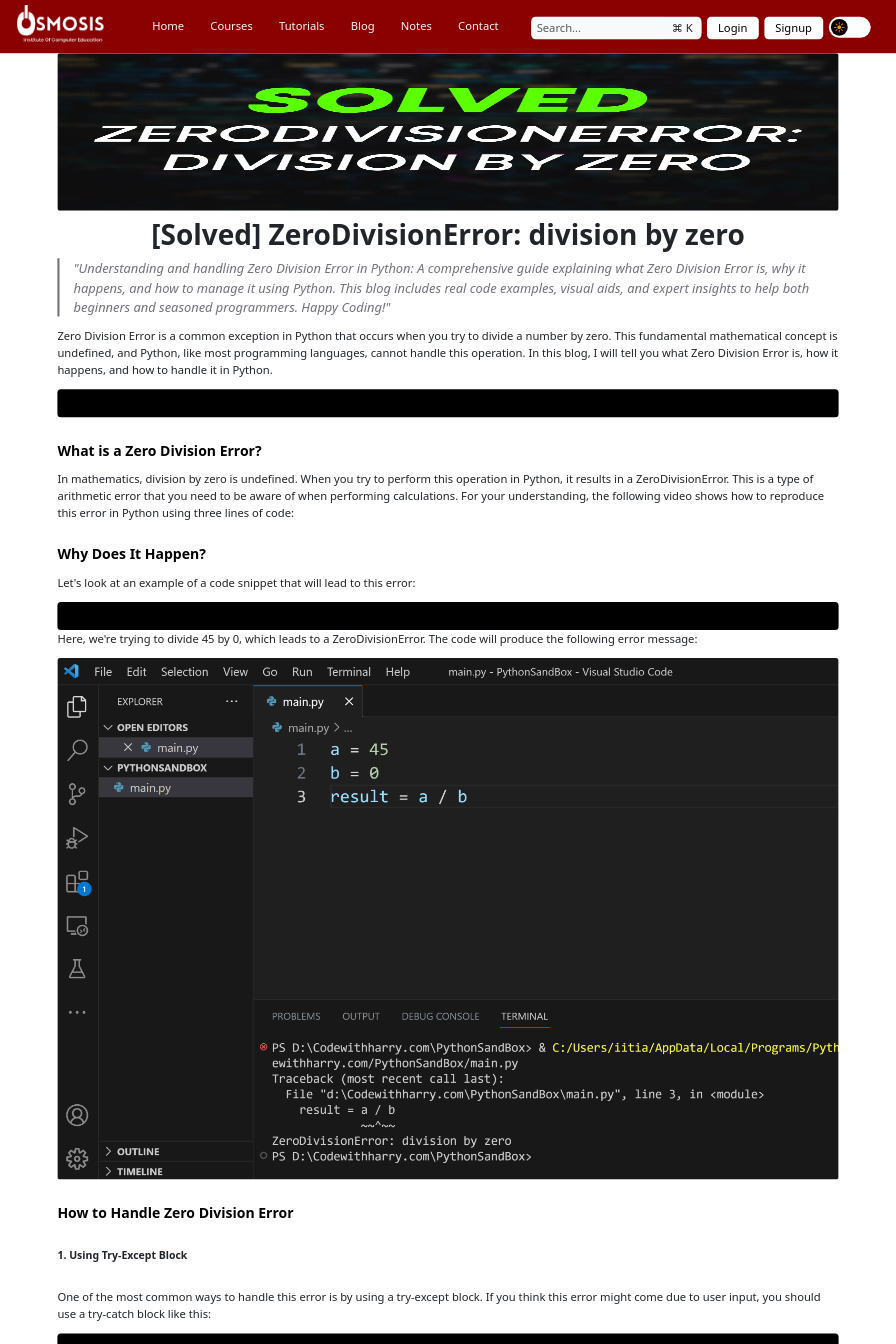
Repository: samriidhpandey/osmosis
Page: /Blog/Zerodivi
An editor plug-in stored every save of this project. The page is shown before and after the next save, followed by the edit.
The browser window is 1280 px wide. The pictures show the part of the page from y = 0 to 1920 px (the page is 3956 px tall before and 4004 px after), at 70% of full size.
The project was rebuilt for these pictures with package versions that can differ from the ones it lists, and the page was loaded fresh each time. Also part of the build but not shown: vite.config.js, src/Section2.jsx, src/Section3.jsx, src/Section4.jsx, src/InfiniteReviewScroll.jsx, src/Section5.jsx, src/TypingText.jsx, src/AnimatedName.jsx and 103 more. Imported but missing from the stored project, and not drawn on this page: src/Images/final-app-on-mobile.mp4, src/Images/final-app-on-pc.mp4, src/Images/open-terminals.mp4, src/Images/python-location.mp4.

Above is the page before, as saved 2025-07-21 15:55:23.

### index.html
<!doctype html>
<html lang="en">
  <head>
    <meta charset="UTF-8" />
    <link rel="icon" type="image/png" href="./src/image/fe1.png" />
    <meta name="viewport" content="width=device-width, initial-scale=1.0" />
    <title>Osmosis Computer</title>
    <link href="https://cdn.jsdelivr.net/npm/bootstrap@5.0.2/dist/css/bootstrap.min.css" rel="stylesheet" integrity="sha384-EVSTQN3/azprG1Anm3QDgpJLIm9Nao0Yz1ztcQTwFspd3yD65VohhpuuCOmLASjC" crossorigin="anonymous">
    <link rel="stylesheet" href="https://cdnjs.cloudflare.com/ajax/libs/font-awesome/6.7.2/css/all.min.css" integrity="sha512-Evv84Mr4kqVGRNSgIGL/F/aIDqQb7xQ2vcrdIwxfjThSH8CSR7PBEakCr51Ck+w+/U6swU2Im1vVX0SVk9ABhg==" crossorigin="anonymous" referrerpolicy="no-referrer" />
    <link href="https://cdn.jsdelivr.net/npm/bootstrap@5.3.0/dist/css/bootstrap.min.css" rel="stylesheet" />
<link href="https://cdn.jsdelivr.net/npm/bootstrap-icons/font/bootstrap-icons.css" rel="stylesheet" />

  </head>
  <body>
    <div id="root"></div>
    <script type="module" src="/src/main.jsx"></script>
    <script src="https://cdn.jsdelivr.net/npm/bootstrap@5.0.2/dist/js/bootstrap.bundle.min.js" integrity="sha384-MrcW6ZMFYlzcLA8Nl+NtUVF0sA7MsXsP1UyJoMp4YLEuNSfAP+JcXn/tWtIaxVXM" crossorigin="anonymous"></script>
  </body>
</html>

### src/Footer.jsx
import React from 'react'
import get from './image/github.svg'
import get1 from './image/X.svg'
import get2 from './image/youtube.svg'
import { Link } from 'react-router-dom'
import get3 from './image/facebook.svg'


function Footer({isDark}) {
  const footer = {
    backgroundColor: isDark ? '#111827':'darkred',
    color: isDark ? 'white':'white',
  };
  return (
    <>
    <div className="container-fluid">
      <div className="row border-top" style={footer}>
        <div className="col-12 col-sm-12 col-md-12 col-lg-12 col-xl-11 col-xxl-10 m-auto ">
          <div className="row">
            <div className="col-6 col-sm-6 col-md-3 col-lg-3 col-xl-3 col-xxl-3 mt-5 ps-4 fot-menu">
              <h5>Main</h5>
              <Link to="/" className='text-white'><p>Home</p></Link>{""}
              <Link to="/Contact" className='text-white'><p>Contact</p></Link>{""}
              <Link to="/Blog" className='text-white'><p>Blogs</p></Link>{""}
              <Link to="/Login" className='text-white'><p>Login</p></Link>{""}
            </div>

            <div className="col-6 col-sm-6 col-md-3 col-lg-3 col-xl-3 col-xxl-3 mt-5">
              <h5>Learn</h5>
              <Link to="/Courses" className='text-white'><p>Course</p></Link>{""}
              <Link to="/Tutorial" className='text-white'><p>Tutorials</p></Link>{""}
              <Link to="/Notes" className='text-white'><p>Notes</p></Link>{""}

            </div>

            <div className="col-6 col-sm-6 col-md-3 col-lg-3 col-xl-3 col-xxl-3 mt-5 ps-4">
              <h5>Legal</h5>
              <Link to="/Terms" className='text-white'><p>Terms</p></Link>{""}
              <Link to="/Privacy" className='text-white'><p>Privacy</p></Link>{""}
              {/* <p>Refund</p> */}

            </div>

            <div className="col-6 col-sm-6 col-md-3 col-lg-3 col-xl-3 col-xxl-3 mt-5">
              <h5>Social</h5>
             <a href="https://www.instagram.com/osmosis_computer?igsh=MWkyNGtib2s1NG10OQ%3D%3D&utm_source=qr "
              target="_blank"
    rel="noopener noreferrer"
    style={{
      color:'white',
      textDecoration: "none",
      fontWeight: "bold",
      marginTop: "0px",
      marginBottom: "0px",
    }}
    onMouseOver={(e) => (e.target.style.textDecoration = "underline")}
    onMouseOut={(e) => (e.target.style.textDecoration = "none")}><div className="social d-flex p-0 mt-3"> <i className="bi bi-instagram" style={{fontSize:'24px', color:" #fcf9faff",}}></i><img className='img-fluid me-2 bg-light rounded' alt="" /> <p> Instagram</p></div> </a>


    <a href="https://www.youtube.com/@OsmosisComputerJodhpur "
              target="_blank"
    rel="noopener noreferrer"
    style={{
      color:'white',
      textDecoration: "none",
      fontWeight: "bold",
      marginTop: "0px",
      marginBottom: "0px",
    }}
    onMouseOver={(e) => (e.target.style.textDecoration = "underline")}
    onMouseOut={(e) => (e.target.style.textDecoration = "none")}><div className="social d-flex p-0 mt-3"> <i className="bi bi-youtube" style={{fontSize:'24px', color:" #f9f5f5ff",}}></i><img className='img-fluid me-2 bg-light rounded' alt="" /> <p> Youtube</p></div> </a>



    <a href="https://www.facebook.com/share/1LYuEtGZGp/?mibextid=wwXIfr"
              target="_blank"
    rel="noopener noreferrer"
    style={{
      color:'white',
      textDecoration: "none",
      fontWeight: "bold",
      marginTop: "0px",
      marginBottom: "0px",
    }}
    onMouseOver={(e) => (e.target.style.textDecoration = "underline")}
    onMouseOut={(e) => (e.target.style.textDecoration = "none")}><div className="social d-flex p-0 mt-3"> <i className="bi bi-facebook" style={{fontSize:'24px', color:" #f2f2f8ff",}}></i><img className='img-fluid me-2 bg-light rounded' alt="" /> <p> Facebook</p></div> </a>



    <a href="https://www.linkedin.com/company/osmosiscomputer/"
              target="_blank"
    rel="noopener noreferrer"
    style={{
      color:'white',
      textDecoration: "none",
      fontWeight: "bold",
      marginTop: "0px",
      marginBottom: "0px",
    }}
    onMouseOver={(e) => (e.target.style.textDecoration = "underline")}
    onMouseOut={(e) => (e.target.style.textDecoration = "none")}><div className="social d-flex p-0 mt-3"> <i className="bi bi-linkedin" style={{fontSize:'24px', color:" #f2f2f8ff",}}></i><img className='img-fluid me-2 bg-light rounded' alt="" /> <p>Linkedin</p></div> </a>



            </div>
          </div>
        </div>

        <div className="row">
          <div className="col-12">


  <footer
  className='mt-3'
  style={{
    padding: "1.5rem",
    textAlign: "center",


  }}
>
  Devloped by{" "}
  <a
    href="https://www.linkedin.com/in/samridh-pandey-771835317?utm_source=share&utm_campaign=share_via&utm_content=profile&utm_medium=android_app"
    target="_blank"
    rel="noopener noreferrer"
    style={{
      color:'white',
      textDecoration: "none",
      fontWeight: "bold",
      margin: "0 5px",
    }}
    onMouseOver={(e) => (e.target.style.textDecoration = "underline")}
    onMouseOut={(e) => (e.target.style.textDecoration = "none")}
  >
    Samridh Pandey
  </a>
  ,{" "}
  <a
    href="https://www.linkedin.com/in/nikhil-burani?utm_source=share&utm_campaign=share_via&utm_content=profile&utm_medium=android_app"
    target="_blank"
    rel="noopener noreferrer"
    style={{
      color:'white',
      textDecoration: "none",
      fontWeight: "bold",
      margin: "0 5px",
    }}
    onMouseOver={(e) => (e.target.style.textDecoration = "underline")}
    onMouseOut={(e) => (e.target.style.textDecoration = "none")}
  >
    Nikhil Burani
  </a>
  ,{" "}
  <a
    href="https://www.linkedin.com/in/jasveer-borana-39878a373?utm_source=share&utm_campaign=share_via&utm_content=profile&utm_medium=android_app "
    target="_blank"
    rel="noopener noreferrer"
    style={{
      color:'white',
      textDecoration: "none",
      fontWeight: "bold",
      margin: "0 5px",
    }}
    onMouseOver={(e) => (e.target.style.textDecoration = "underline")}
    onMouseOut={(e) => (e.target.style.textDecoration = "none")}
  >
    Jasveer Borana
  </a>
  ,{" "}
  <a
    href="https://www.linkedin.com/in/girdhar-goyal-1376b5332?lipi=urn%3Ali%3Apage%3Ad_flagship3_profile_view_base_contact_details%3B9WR3byrCTMq%2FaVpFyt54vQ%3D%3D"
    target="_blank"
    rel="noopener noreferrer"
    style={{
      textDecoration: "none",
      fontWeight: "bold",
      margin: "0 5px",
      color:'white',
    }}
    onMouseOver={(e) => (e.target.style.textDecoration = "underline")}
    onMouseOut={(e) => (e.target.style.textDecoration = "none")}
  >
    Girdhar Goyal
  </a>{" "}

  <a
    href="https://www.linkedin.com/in/sakshi-k-b046b4320?utm_source=share&utm_campaign=share_via&utm_content=profile&utm_medium=ios_app "
    target="_blank"
    rel="noopener noreferrer"
    style={{
      textDecoration: "none",
      fontWeight: "bold",
      margin: "0 5px",
      color:'white',
    }}
    onMouseOver={(e) => (e.target.style.textDecoration = "underline")}
    onMouseOut={(e) => (e.target.style.textDecoration = "none")}
  >
    Sakshi Kumawat
  </a>{" "}

  <p>—  Students of Osmosis Computer, Jodhpur.</p>
  <p>© 2025 Osmosis Computer, Jodhpur All rights reserved.</p>
</footer>



          </div>
        </div>
      </div>
    </div>
    </>
  )
}

export default Footer

### src/Component5/Zerodivi.jsx
import zerodiv from "../Images/devisionbyzero.webp"
import zerodivi from "../Images/zero-division-error-input.png"
import zero2 from "../Images/zero-division-error.png"
import ifelse from "../Images/if-else-error-check.png"
function Zerodivi() {
  function Heading({ text }) {
    return (
      <h3 className="blog-page-hading">{text}</h3>
    );
  }
  return (
    <>
      <div className="container" >
        {/* <div className=""> */}

        <img src={zerodiv} className="blog-page-img " />
        <h1 className="blog-page-text2  fs-1 ">[Solved] ZeroDivisionError: division by zero</h1>
        <p className="blog-page-content2 border-zinc-500 ">"Understanding and handling Zero Division Error in Python: A comprehensive guide explaining what Zero Division Error is, why it happens, and how to manage it using Python. This blog includes real code examples, visual aids, and expert insights to help both beginners and seasoned programmers. Happy Coding!"</p>
        <p> Zero Division Error is a common exception in Python that occurs when you try to divide a number by zero. This fundamental mathematical concept is undefined, and Python, like most programming languages, cannot handle this operation. In this blog, I will tell you what Zero Division Error is, how it happens, and how to handle it in Python.</p>
        <code></code>
        <Heading text={"What is a Zero Division Error?"} />
        <p> In mathematics, division by zero is undefined. When you try to perform this operation in Python, it results in a ZeroDivisionError. This is a type of arithmetic error that you need to be aware of when performing calculations.
          For your understanding, the following video shows how to reproduce this error in Python using three lines of code:</p>
        <Heading text={"Why Does It Happen?"} />
        <p> Let's look at an example of a code snippet that will lead to this error:</p>
        <code> </code>
        <p> Here, we're trying to divide 45 by 0, which leads to a ZeroDivisionError. The code will produce the following error message:</p>
        <img src={zero2} className="blog-page-img " style={{ height: "auto" }} />
        <Heading text={"How to Handle Zero Division Error"} />
        <p> <strong> 1. Using Try-Except Block</strong></p>
        <p> One of the most common ways to handle this error is by using a try-except block. If you think this error might come due to user input, you should use a try-catch block like this:</p>
        <code></code>
        <p> This code will handle the error gracefully, and instead of crashing, it will print the message "You can't divide by zero!".</p>
        <img src={zerodivi} className="blog-page-img " style={{ height: "auto" }} />

        <p> <strong> 2. Checking Before Division</strong></p>
        <p> You can also prevent the Zero Division Error by checking the divisor before performing the division. In the below code, I am checking variable b for its equality with 0:</p>
        <code></code>
        <img src={ifelse} className="blog-page-img " style={{ height: "auto" }} />
        <Heading text={"Conclusion"} />
        <p> ZeroDivisionError is common but the good news is that it is an avoidable error in Python.
          I hope I was able to explain to you the basic maths behind this. I get this question every once in a while from my Python course students.</p>
        <p> At times, identifying where the division by zero is happening within a complex codebase is not always straightforward. It might require careful tracing of the code, testing individual components, and being aware of the values that variables can take.  </p>
        <p> I hope this post was able to solve the ZeroDivisionError in Python for you. Feel free to ask any questions in the comments. Happy Coding!</p>

      </div>
    </>
  );
}
export default Zerodivi

Loaded but not shown: src/main.jsx (common file); src/App.jsx (426 lines, source omitted); src/App.css (1048 lines, source omitted); src/index.css (no stored copy; drawn as an empty file)

After the next save:
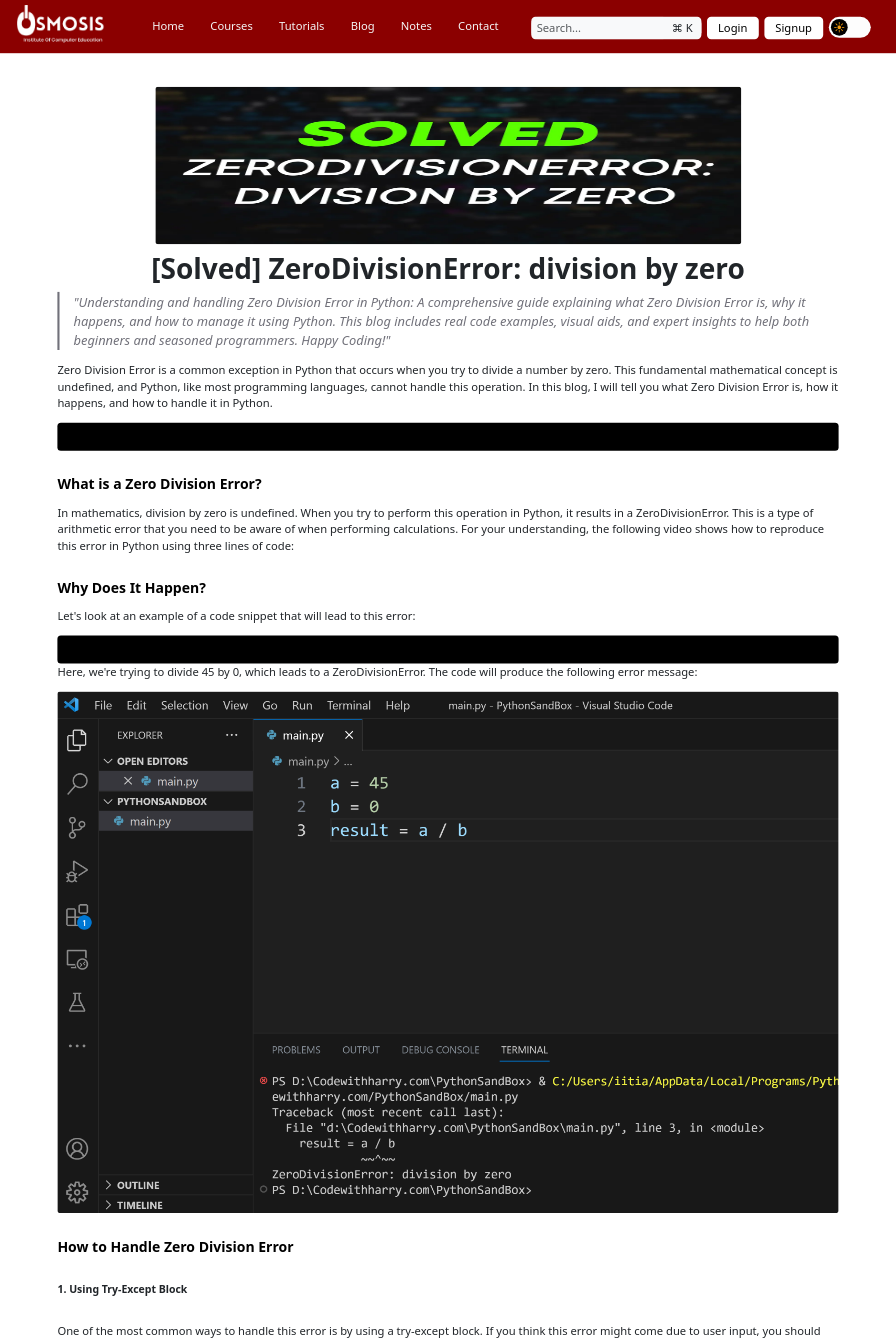
Saved 7 s later.
--- a/src/Component5/Zerodivi.jsx
+++ b/src/Component5/Zerodivi.jsx
@@ -13,7 +13,7 @@
       <div className="container" >
         {/* <div className=""> */}
 
-        <img src={zerodiv} className="blog-page-img " />
+        <img src={zerodiv} className="blog-page-img w-75 m-auto d-flex mt-5 " />
         <h1 className="blog-page-text2  fs-1 ">[Solved] ZeroDivisionError: division by zero</h1>
         <p className="blog-page-content2 border-zinc-500 ">"Understanding and handling Zero Division Error in Python: A comprehensive guide explaining what Zero Division Error is, why it happens, and how to manage it using Python. This blog includes real code examples, visual aids, and expert insights to help both beginners and seasoned programmers. Happy Coding!"</p>
         <p> Zero Division Error is a common exception in Python that occurs when you try to divide a number by zero. This fundamental mathematical concept is undefined, and Python, like most programming languages, cannot handle this operation. In this blog, I will tell you what Zero Division Error is, how it happens, and how to handle it in Python.</p>
